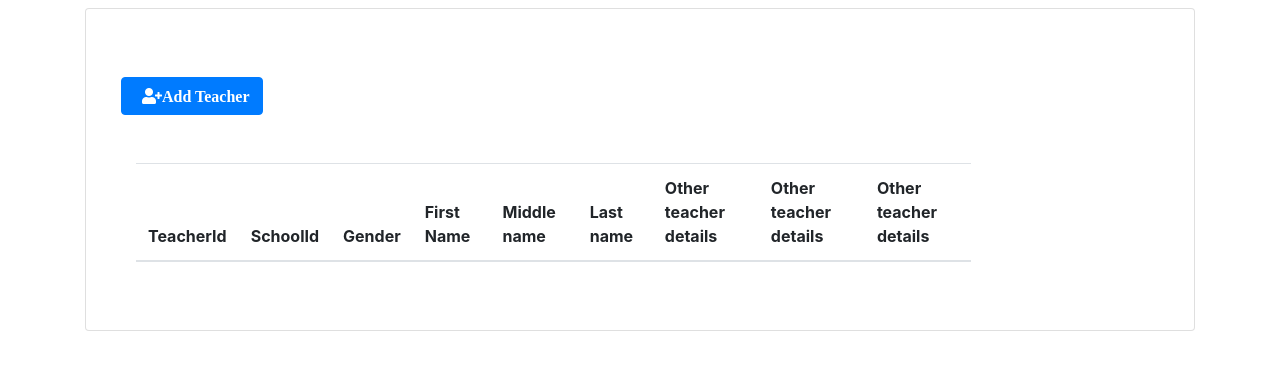
Repository: claudiopiedra/SecondEverisProject
Page: http://localhost/listTeacher
The author's editor kept a copy of each file at every save. The page is drawn from the files as they stood at one save, then again after a run of saves.
The browser window is 1280 px wide. The pictures show the whole page.
Some web libraries are served in a nearby version. The page is this project's Thymeleaf template; nobody is signed in. The template is opened directly, without the code that normally fills it, so the values that code supplies are empty.

Above is the page before, as saved 2019-07-23 20:02:22.

After the next 2 saves:
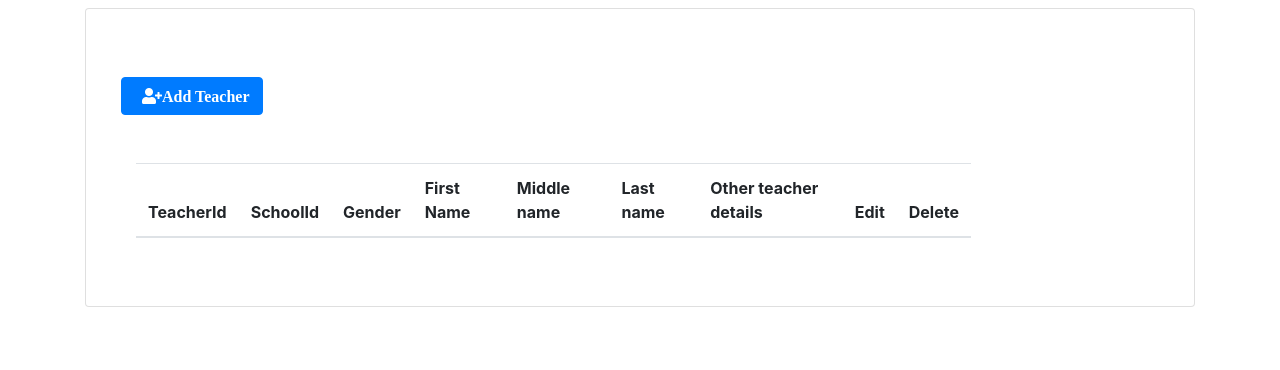
The 2 saves are shown as one change because they came seconds apart.
The last was saved 15 s later.
--- a/FirstService/src/main/resources/templates/listTeacher.html
+++ b/FirstService/src/main/resources/templates/listTeacher.html
@@ -33,8 +33,8 @@
                                         <th>Middle name</th>
                                         <th>Last name</th>
                                         <th>Other teacher details</th>
-                                        <th>Other teacher details</th>
-                                        <th>Other teacher details</th>
+                                        <th>Edit</th>
+                                        <th>Delete</th>
                                     </tr>
                                 </thead>
                                 <tbody>
